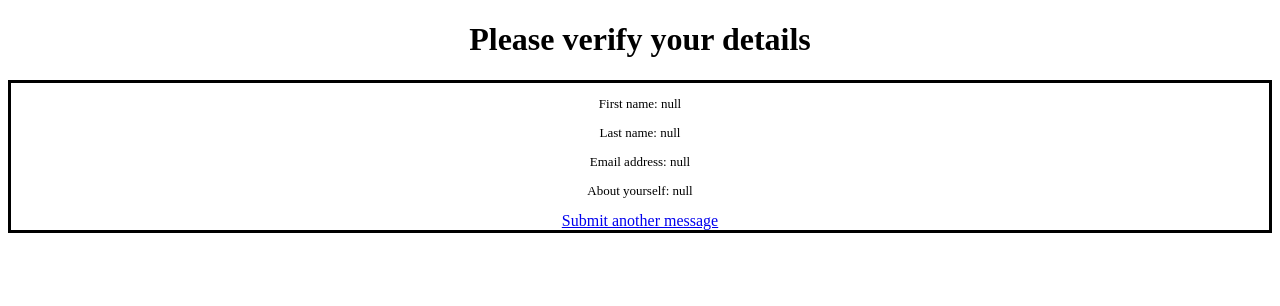
Repository: hornstein-inc/Training
Page: http://localhost/result
An editor plug-in stored every save of this project. The page is shown before and after the next save, followed by the edit.
The browser window is 1280 px wide. The pictures show the whole page.
The page is this project's Thymeleaf template; nobody is signed in. The template is opened directly, without the code that normally fills it, so the values that code supplies are empty.

Above is the page before, as saved 2019-04-29 08:53:47.

After the next save:
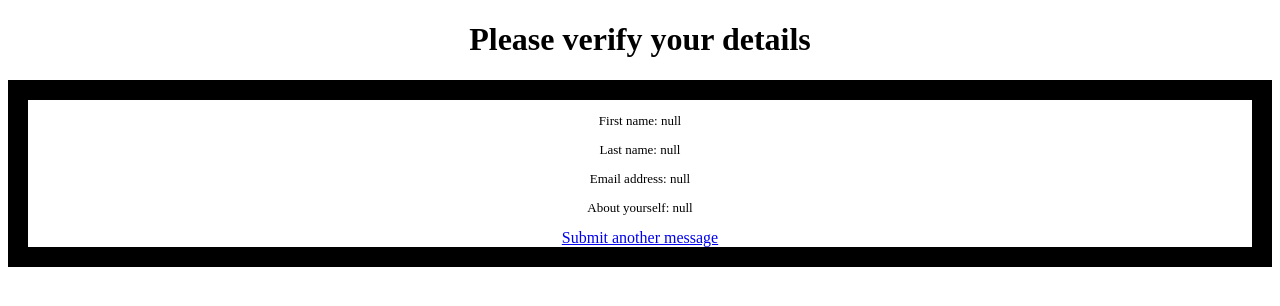
Saved 115 s later.
--- a/Training/gs-handling-form-submission/initial/src/main/resources/static/css/style.css
+++ b/Training/gs-handling-form-submission/initial/src/main/resources/static/css/style.css
@@ -27,7 +27,7 @@ input{
 .resultDiv{
 	text-align: center;
 	border: solid;
-	border-width: medium;
+	border-width: 20px;
 
 }
 
